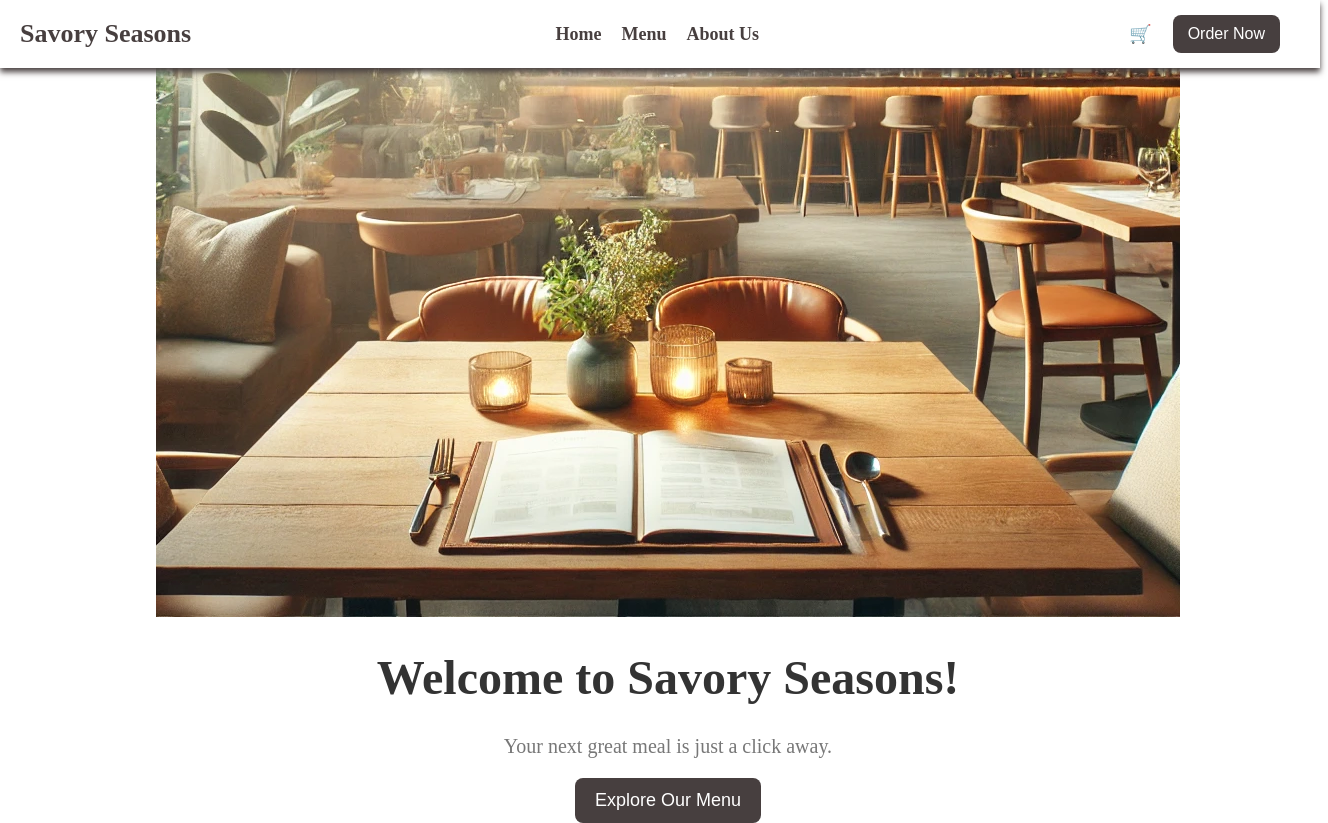
Repository: KalebMalone/Resturant
Page: / (app in my-app/)
The author's editor kept a copy of each file at every save. The page is drawn from the files as they stood at one save, then again after the next save.
The browser window is 1280 px wide. The page is 1328 px wide, then 1280 px, then 1328 px, so the pictures cover 1328 px, including what lies to the right of the window. The pictures show the whole page.
The project was rebuilt for these pictures with package versions that can differ from the ones it lists, and the page was loaded fresh each time. Also part of the build but not shown: my-app/vite.config.js, my-app/src/index.css, my-app/src/components/Menu.jsx, my-app/src/pages/AboutUs.jsx, my-app/src/components/OrderPage.jsx.

Above is the page before, as saved 2025-03-28 20:31:55.

### my-app/src/App.jsx
// src/App.js
import React from 'react';
import { BrowserRouter as Router, Routes, Route } from 'react-router-dom';
import NavBar from './components/NavBar';
import Home from './pages/Home';
import Menu from './components/Menu';
import AboutUs from './pages/AboutUs';
import OrderPage from './components/OrderPage';

function App() {
  return (
    <Router>
      <NavBar />
      <Routes>
        <Route path="/" element={<Home />} />
        <Route path="/menu" element={<Menu />} />
        <Route path="/about" element={<AboutUs />} />
        <Route path="/order" element={<OrderPage />} />
      </Routes>
    </Router>
  );
}

export default App;

### my-app/src/components/NavBar.jsx
import { Link, useNavigate } from "react-router-dom";
import { useState } from "react";
import styled from "styled-components";

// Styling for the Header (Navbar container)
const Header = styled.header`
  position: fixed;
  top: 0;
  left: 0;
  width: 100%;
  background-color: rgb(255, 255, 255);
  padding: 15px 20px;
  box-shadow: 0 4px 6px rgb(71, 63, 63);
  z-index: 1000;
  display: flex;
  align-items: center;
  justify-content: space-between;
`;

// Title of the Navbar, clickable to navigate to Home
const Title = styled.h1`
  font-size: 26px;
  font-weight: bold;
  color: rgb(71, 63, 63);
  margin: 0;
  cursor: pointer;
  &:hover {
    color: rgb(71, 63, 63);
  }
`;

// Navigation container for the links
const Navigation = styled.nav`
  display: flex;
  gap: 20px;
  justify-content: center;
  flex-grow: 1;
`;

// Styling for individual navigation links
const StyledNavLink = styled(Link)`
  text-decoration: none;
  color: rgb(71, 63, 63);
  font-weight: bold;
  font-size: 18px;
  &:hover {
    color: rgb(71, 63, 63);
  }
`;

// Styled Cart Button
const CartButton = styled.button`
  background: none;
  border: none;
  font-size: 18px;
  color: rgb(71, 63, 63);
  cursor: pointer;
  position: relative;
  margin-right: 15px;

  &:hover {
    color: rgb(50, 50, 50);
  }
`;

// Cart Item Count Badge
const CartBadge = styled.span`
  background: red;
  color: white;
  font-size: 12px;
  font-weight: bold;
  border-radius: 50%;
  padding: 3px 7px;
  position: absolute;
  top: -5px;
  right: -10px;
`;

// Styling for the Order Now button
const OrderButton = styled.button`
  background: rgb(71, 63, 63);
  color: white;
  border: none;
  padding: 10px 15px;
  border-radius: 8px;
  cursor: pointer;
  font-size: 16px;
  margin-right: 20px;
  &:hover {
    background: rgb(50, 50, 50);
  }
`;

function NavBar() {
  const navigate = useNavigate();
  const [cartCount, setCartCount] = useState(0); // Example state, replace with real data

  return (
    <Header>
      <Link to="/" style={{ textDecoration: "none" }}>
        <Title>Savory Seasons</Title>
      </Link>

      <Navigation>
        <StyledNavLink to="/">Home</StyledNavLink>
        <StyledNavLink to="/menu">Menu</StyledNavLink>
        <StyledNavLink to="/about">About Us</StyledNavLink>
      </Navigation>

      {/* Cart Button */}
      <CartButton onClick={() => navigate("/cart")}>
        🛒
        {cartCount > 0 && <CartBadge>{cartCount}</CartBadge>}
      </CartButton>

      {/* Order Now Button */}
      <OrderButton onClick={() => navigate("/order")}>Order Now</OrderButton>
    </Header>
  );
}

export default NavBar;

### my-app/src/pages/Home.jsx
import React from 'react';
import { useNavigate } from 'react-router-dom';
import styled from 'styled-components';

const Container = styled.div`
  background-color: #fff;
  display: flex;
  flex-direction: column;
  align-items: center;
  justify-content: center;
  height: 50vh;
  width: 100vw;
  text-align: center;
  padding: 20px;
  margin: 0;
`;

const Heading = styled.h1`
  font-size: 48px;
  color: #333;
  margin-bottom: 10px;
`;

const SubHeading = styled.p`
  font-size: 20px;
  color: #777;
  margin-bottom: 20px;
`;

const Button = styled.button`
  background-color:rgb(71, 63, 63);
  color: white;
  font-size: 18px;
  padding: 12px 20px;
  border: none;
  border-radius: 8px;
  cursor: pointer;
  &:hover {
    background-color:rgb(71, 63, 63);
  }
`;

const Image = styled.img`
  width: 100%;
  max-width: 500px;
  border-radius: 10px;
  margin-bottom: 20px;
`;

function Home() {
    const navigate = useNavigate(); // Initialize the navigation hook

    const goToMenu = () => {
        navigate("/menu"); // Navigate to the menu page when button is clicked
    };

    return (
        <Container>
            <img alt="Restaurant" src="/images/restaurant.jpg" />
            <Heading>Welcome to Savory Seasons!</Heading>
            <SubHeading>Your next great meal is just a click away.</SubHeading>
            <Button onClick={goToMenu}>Explore Our Menu</Button>
        </Container>
    );
}

export default Home;

Loaded but not shown: my-app/index.html (common file); my-app/src/main.jsx (common file)

After the next save:
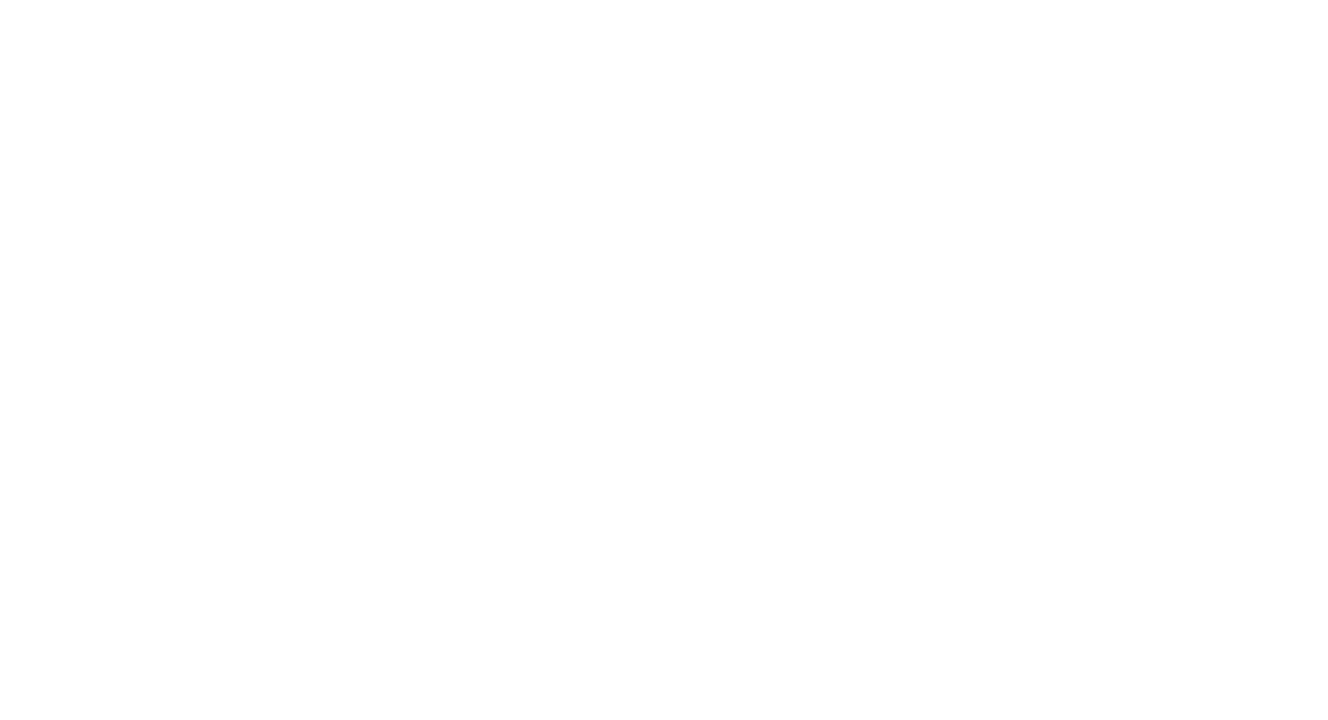
Console error: TypeError: Cannot read properties of undefined (reading 'length')
Saved 17 s later.
--- a/my-app/src/components/NavBar.jsx
+++ b/my-app/src/components/NavBar.jsx
@@ -1,8 +1,6 @@
 import { Link, useNavigate } from "react-router-dom";
-import { useState } from "react";
 import styled from "styled-components";
 
-// Styling for the Header (Navbar container)
 const Header = styled.header`
   position: fixed;
   top: 0;
@@ -17,38 +15,28 @@
   justify-content: space-between;
 `;
 
-// Title of the Navbar, clickable to navigate to Home
 const Title = styled.h1`
   font-size: 26px;
   font-weight: bold;
   color: rgb(71, 63, 63);
   margin: 0;
   cursor: pointer;
-  &:hover {
-    color: rgb(71, 63, 63);
-  }
 `;
 
-// Navigation container for the links
 const Navigation = styled.nav`
   display: flex;
   gap: 20px;
+  flex-grow: 1;
   justify-content: center;
-  flex-grow: 1;
 `;
 
-// Styling for individual navigation links
 const StyledNavLink = styled(Link)`
   text-decoration: none;
   color: rgb(71, 63, 63);
   font-weight: bold;
   font-size: 18px;
-  &:hover {
-    color: rgb(71, 63, 63);
-  }
 `;
 
-// Styled Cart Button
 const CartButton = styled.button`
   background: none;
   border: none;
@@ -57,13 +45,8 @@
   cursor: pointer;
   position: relative;
   margin-right: 15px;
-
-  &:hover {
-    color: rgb(50, 50, 50);
-  }
 `;
 
-// Cart Item Count Badge
 const CartBadge = styled.span`
   background: red;
   color: white;
@@ -76,45 +59,21 @@
   right: -10px;
 `;
 
-// Styling for the Order Now button
-const OrderButton = styled.button`
-  background: rgb(71, 63, 63);
-  color: white;
-  border: none;
-  padding: 10px 15px;
-  border-radius: 8px;
-  cursor: pointer;
-  font-size: 16px;
-  margin-right: 20px;
-  &:hover {
-    background: rgb(50, 50, 50);
-  }
-`;
-
-function NavBar() {
+function NavBar({ cart }) {
   const navigate = useNavigate();
-  const [cartCount, setCartCount] = useState(0); // Example state, replace with real data
 
   return (
     <Header>
       <Link to="/" style={{ textDecoration: "none" }}>
         <Title>Savory Seasons</Title>
       </Link>
-
       <Navigation>
         <StyledNavLink to="/">Home</StyledNavLink>
         <StyledNavLink to="/menu">Menu</StyledNavLink>
-        <StyledNavLink to="/about">About Us</StyledNavLink>
       </Navigation>
-
-      {/* Cart Button */}
-      <CartButton onClick={() => navigate("/cart")}>
-        🛒
-        {cartCount > 0 && <CartBadge>{cartCount}</CartBadge>}
+      <CartButton onClick={() => navigate("/cart")}>🛒
+        {cart.length > 0 && <CartBadge>{cart.length}</CartBadge>}
       </CartButton>
-
-      {/* Order Now Button */}
-      <OrderButton onClick={() => navigate("/order")}>Order Now</OrderButton>
     </Header>
   );
 }

After the save that followed:
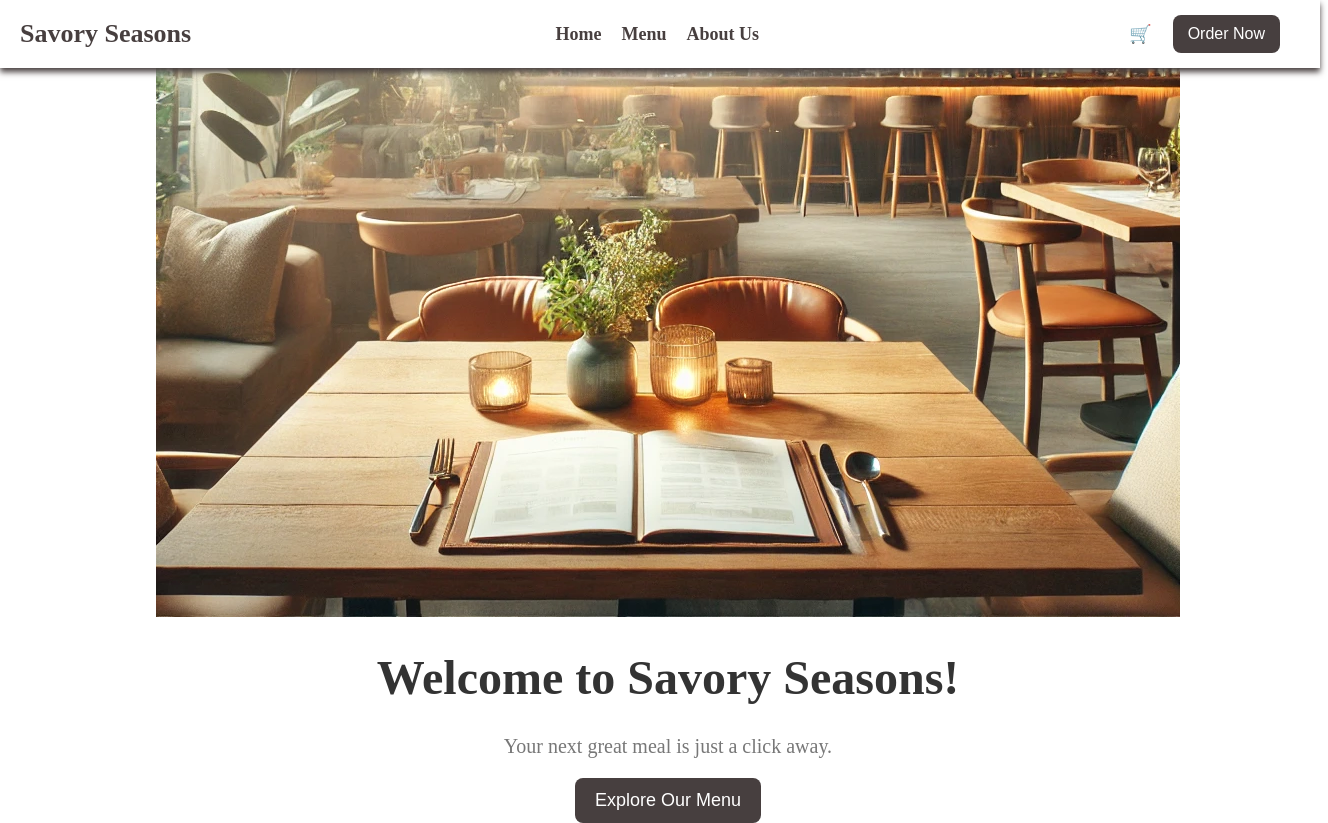
The error is gone.
Saved 2 min 35 s later.
--- a/my-app/src/components/NavBar.jsx
+++ b/my-app/src/components/NavBar.jsx
@@ -1,6 +1,8 @@
 import { Link, useNavigate } from "react-router-dom";
+import { useState } from "react";
 import styled from "styled-components";
 
+// Styling for the Header (Navbar container)
 const Header = styled.header`
   position: fixed;
   top: 0;
@@ -15,28 +17,38 @@
   justify-content: space-between;
 `;
 
+// Title of the Navbar, clickable to navigate to Home
 const Title = styled.h1`
   font-size: 26px;
   font-weight: bold;
   color: rgb(71, 63, 63);
   margin: 0;
   cursor: pointer;
+  &:hover {
+    color: rgb(71, 63, 63);
+  }
 `;
 
+// Navigation container for the links
 const Navigation = styled.nav`
   display: flex;
   gap: 20px;
+  justify-content: center;
   flex-grow: 1;
-  justify-content: center;
 `;
 
+// Styling for individual navigation links
 const StyledNavLink = styled(Link)`
   text-decoration: none;
   color: rgb(71, 63, 63);
   font-weight: bold;
   font-size: 18px;
+  &:hover {
+    color: rgb(71, 63, 63);
+  }
 `;
 
+// Styled Cart Button
 const CartButton = styled.button`
   background: none;
   border: none;
@@ -45,8 +57,13 @@
   cursor: pointer;
   position: relative;
   margin-right: 15px;
+
+  &:hover {
+    color: rgb(50, 50, 50);
+  }
 `;
 
+// Cart Item Count Badge
 const CartBadge = styled.span`
   background: red;
   color: white;
@@ -59,21 +76,45 @@
   right: -10px;
 `;
 
-function NavBar({ cart }) {
+// Styling for the Order Now button
+const OrderButton = styled.button`
+  background: rgb(71, 63, 63);
+  color: white;
+  border: none;
+  padding: 10px 15px;
+  border-radius: 8px;
+  cursor: pointer;
+  font-size: 16px;
+  margin-right: 20px;
+  &:hover {
+    background: rgb(50, 50, 50);
+  }
+`;
+
+function NavBar() {
   const navigate = useNavigate();
+  const [cartCount, setCartCount] = useState(0); // Example state, replace with real data
 
   return (
     <Header>
       <Link to="/" style={{ textDecoration: "none" }}>
         <Title>Savory Seasons</Title>
       </Link>
+
       <Navigation>
         <StyledNavLink to="/">Home</StyledNavLink>
         <StyledNavLink to="/menu">Menu</StyledNavLink>
+        <StyledNavLink to="/about">About Us</StyledNavLink>
       </Navigation>
-      <CartButton onClick={() => navigate("/cart")}>🛒
-        {cart.length > 0 && <CartBadge>{cart.length}</CartBadge>}
+
+      {/* Cart Button */}
+      <CartButton onClick={() => navigate("/cart")}>
+        🛒
+        {cartCount > 0 && <CartBadge>{cartCount}</CartBadge>}
       </CartButton>
+
+      {/* Order Now Button */}
+      <OrderButton onClick={() => navigate("/order")}>Order Now</OrderButton>
     </Header>
   );
 }
